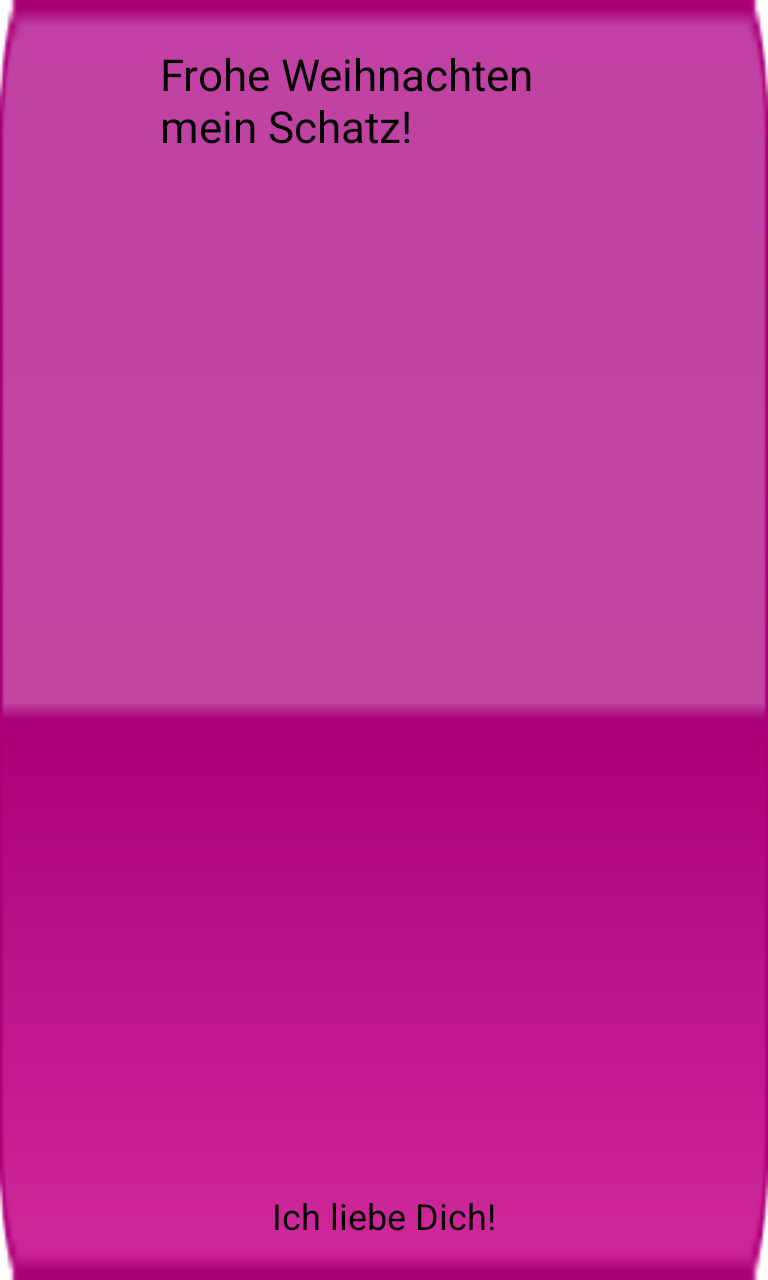
Repository: flashback2k12/ChristmasPresent
Layout: ChristmasPresent/res/layout/widget_layout_4_1.xml
These files come from the project's save history. The layout is drawn as it stood at one moment and after the next save; the edit follows.
It is drawn on a 768 x 1280 px phone screen (xhdpi) without system bars, with theme AppTheme; the app's code is not run.

Above is the layout before, as saved 2012-12-18 21:21:42.

### ChristmasPresent/res/layout/widget_layout_4_1.xml
<?xml version="1.0" encoding="utf-8"?>
<RelativeLayout xmlns:android="http://schemas.android.com/apk/res/android"
    android:id="@+id/widget"
    style="@style/WidgetBackground_4_1"
    android:layout_width="320dp"
    android:layout_height="100dp"
    android:layout_marginBottom="10dp"
    android:layout_marginTop="10dp"
    android:focusable="true">


    <TextView
        android:id="@+id/textView1"
        android:layout_width="wrap_content"
        android:layout_height="wrap_content"
        android:layout_alignParentTop="true"
        android:layout_centerHorizontal="true"
        android:layout_marginLeft="80dp"
        android:layout_marginRight="80dp"
        android:layout_marginTop="22dp"
        android:text="@string/christmas"
        android:textAppearance="?android:attr/textAppearanceLarge" />





    <TextView
        android:id="@+id/textView2"
        android:layout_width="wrap_content"
        android:layout_height="wrap_content"
        android:layout_alignParentBottom="true"
        android:layout_centerHorizontal="true"
        android:layout_marginBottom="20dp"
        android:text="@string/i_love_you"
        android:textAppearance="?android:attr/textAppearanceMedium" />

</RelativeLayout>

### ChristmasPresent/res/values-v11/styles.xml
<resources>

	<style  name="AppTheme" parent="android:Theme.Holo.Light" />

</resources>

### ChristmasPresent/res/values/styles.xml
<resources>

    <style name="AppTheme" parent="android:Theme.Light" />

    <style name="WidgetBackground_4_1">
        <item name="android:background">@drawable/widget_4_1</item>
    </style>

<style name="WidgetTitle">
        <item name="android:textSize">10sp</item>
        <item name="android:textStyle">bold</item>
        <item name="android:textColor">@android:color/white</item>
    </style>

    <style name="WidgetText">
        <item name="android:textSize">10sp</item>
        <item name="android:textColor">@android:color/white</item>
    </style>
    <style name="AppTheme" parent="android:Theme.Black" />

</resources>

### ChristmasPresent/res/values/strings.xml
<?xml version="1.0" encoding="utf-8"?>
<resources>

    <string name="app_name">Weihnachtsgeschenk</string>
    <string name="title_activity_main">Weihnachtsgeschenk</string><string name="hello_schatz_z1">Ich wünsche dir alles liebe zum Weihnachtsfest mein Schatz. :-* </string>
    <string name="hello_schatz_z2">Ich hoffe, dass dir die nächsten Punkte gefallen werden!!! :-)</string>
    <string name="button_standard">drück mich!</string>
    <string name="fuelltext">Spannung...</string>
    <string name="checkbox1">Gutschein 01</string>
    <string name="checkbox2">Gutschein 02</string>
    <string name="checkbox3">Gutschein 03</string>
    <string name="checkbox4">Gutschein 04</string>
    <string name="checkbox5">Gutschein 05</string>
    <string name="checkbox6">Gutschein 06</string><string name="checkbox7">Gutschein 07</string><string name="checkbox8">Gutschein 08</string><string name="checkbox9">Gutschein 09</string><string name="checkbox10">Gutschein 10</string><string name="gutschein1">Ein Gutschein für einen Kinobesuch deiner Wahl!</string>
    <string name="gutschein2">Ein Gutschein zum Essen gehen deiner Wahl!</string>
    <string name="gutschein3">Ein Gutschein für eine Massage!</string>
    <string name="gutschein4">Ein Gutschein für ein Candlelight Dinner!</string>
    <string name="gutschein5">Ein Gutschein für 4 Knutsch-Fotos im Passbildautomat (Ecke Löffelfamilie)!</string>
    <string name="gutschein6">Ein Gutschein für einen DVD Marathon deiner Wahl mit Leckereien! </string>
    <string name="gutschein7">need Input</string>
    <string name="gutschein8">need Input</string>
    <string name="gutschein9">need Input</string>
    <string name="christmas">Frohe Weihnachten mein Schatz!</string>
    <string name="i_love_you">Ich liebe Dich!</string>
    <string name="app_widget_4_1_christmas">Frohe Weihnachten</string>

</resources>

Loaded but not shown: ChristmasPresent/res/values-v14/styles.xml (common file); ChristmasPresent/res/values/dimens.xml (common file)

After the next save:
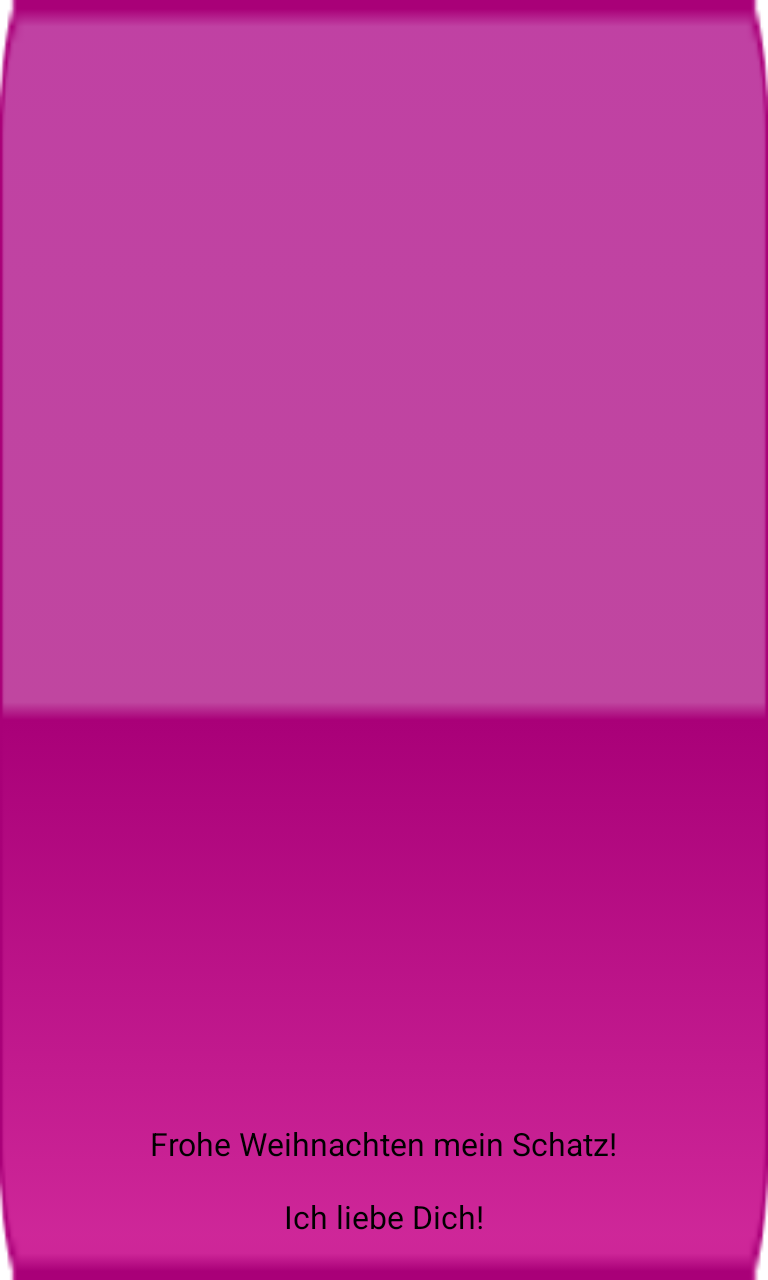
Saved 103 s later.
--- a/ChristmasPresent/res/layout/widget_layout_4_1.xml
+++ b/ChristmasPresent/res/layout/widget_layout_4_1.xml
@@ -8,22 +8,16 @@
     android:layout_marginTop="10dp"
     android:focusable="true">
 
-
     <TextView
         android:id="@+id/textView1"
         android:layout_width="wrap_content"
         android:layout_height="wrap_content"
-        android:layout_alignParentTop="true"
+        android:layout_above="@+id/textView2"
         android:layout_centerHorizontal="true"
-        android:layout_marginLeft="80dp"
-        android:layout_marginRight="80dp"
-        android:layout_marginTop="22dp"
+        android:layout_marginBottom="15dp"
         android:text="@string/christmas"
-        android:textAppearance="?android:attr/textAppearanceLarge" />
-
-
-
-
+        android:textAppearance="?android:attr/textAppearanceLarge"
+        android:textSize="@dimen/padding_large" />
 
     <TextView
         android:id="@+id/textView2"
@@ -31,8 +25,9 @@
         android:layout_height="wrap_content"
         android:layout_alignParentBottom="true"
         android:layout_centerHorizontal="true"
-        android:layout_marginBottom="20dp"
+        android:layout_marginBottom="21dp"
         android:text="@string/i_love_you"
-        android:textAppearance="?android:attr/textAppearanceMedium" />
+        android:textAppearance="?android:attr/textAppearanceMedium"
+        android:textSize="@dimen/padding_large" />
 
 </RelativeLayout>
